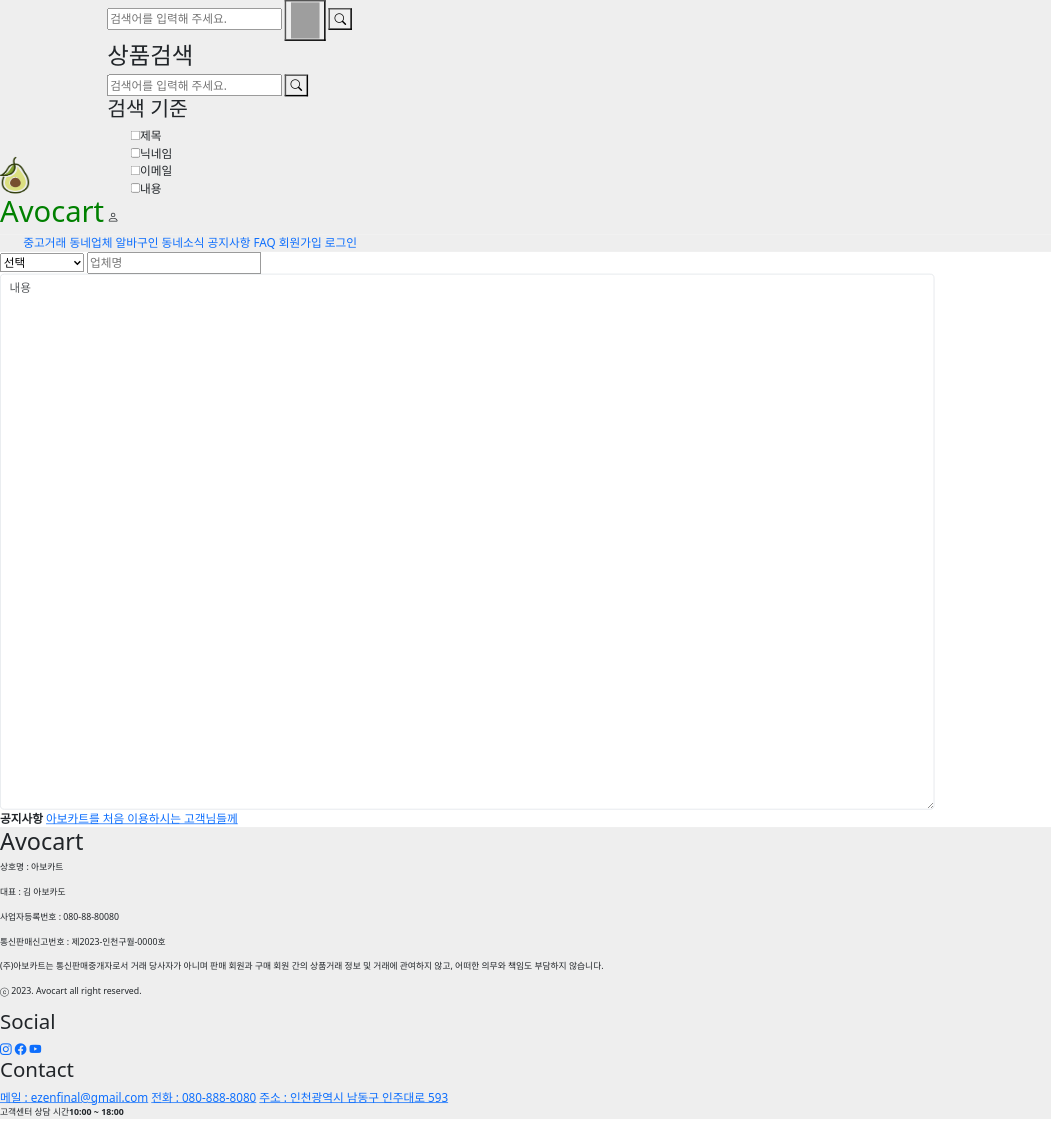
Repository: kimms0311/finalProject
Page: http://localhost/finalProject/WEB-INF/views/store/register.jsp
An editor plug-in stored every save of this project. The page is shown before and after the next save, followed by the edit.
The browser window is 1280 px wide. The page is 1440 px wide, so the pictures cover 1440 px, including what lies to the right of the window. The pictures show the whole page, at 73% of full size.
Pictures or frames that could not be fetched are drawn as grey boxes. The page is served by Tomcat 9. Nobody is signed in. Other server files are loaded and not shown. The template is opened directly, without the code that normally fills it, so the values that code supplies are empty.

Above is the page before, as saved 2023-11-15 12:19:35.

### finalProject/src/main/webapp/WEB-INF/views/store/register.jsp
<%@ page language="java" contentType="text/html; charset=UTF-8"
    pageEncoding="UTF-8"%>
<!DOCTYPE html>
<html>
<head>
<meta charset="UTF-8">
<title>Store Register</title>
<link rel="stylesheet" href="../resources/css/page.css">
</head>
<body>
<jsp:include page="../common/header.jsp" />
<form action="/store/register" method="post" enctype="multipart/form-data">
<input type="hidden" name="proCategory" value="store">
<select name="menu">
	<option disabled="disabled" selected="selected">선택</option>
	<option value="lesson">과외/클래스</option>
	<option value="pet">반려동물</option>
	<option value="hospital">병원/약국</option>
	<option value="beauty">뷰티샵</option>
	<option value="laundry">세탁소</option>
	<option value="repair">수리</option>
	<option value="sport">운동</option>
	<option value="baby">육아</option>
	<option value="eatery">음식점</option>
	<option value="move">이사/용달</option>
	<option value="interior">인테리어 시공</option>
	<option value="clean">청소</option>
	<option value="hobby">취미</option>
	<option value="cafe">카페/디저트</option>
</select>
<input type="text" name="title" id ="t" placeholder="업체명">
<textarea placeholder="내용" class="form-control" name="content" id="c" rows="30"></textarea>

</form>
<script type="text/javascript">
</script>
<jsp:include page="../common/footer.jsp" />
</body>
</html>

### finalProject/src/main/webapp/WEB-INF/views/common/header.jsp
<%@ page language="java" contentType="text/html; charset=UTF-8"
    pageEncoding="UTF-8"%>
<%@ taglib uri="http://java.sun.com/jsp/jstl/core" prefix="c"%>
<%@ taglib uri="http://www.springframework.org/security/tags" prefix="sec" %>
<!DOCTYPE html>
<html>
<head>
<meta charset="UTF-8">
<title>Insert title here</title>
<link rel="stylesheet" href="../resources/css/page.css">
<link href="https://cdn.jsdelivr.net/npm/bootstrap@5.3.1/dist/css/bootstrap.min.css" rel="stylesheet" integrity="sha384-4bw+/aepP/YC94hEpVNVgiZdgIC5+VKNBQNGCHeKRQN+PtmoHDEXuppvnDJzQIu9" crossorigin="anonymous">
<script src="https://cdn.jsdelivr.net/npm/bootstrap@5.3.1/dist/js/bootstrap.bundle.min.js" integrity="sha384-HwwvtgBNo3bZJJLYd8oVXjrBZt8cqVSpeBNS5n7C8IVInixGAoxmnlMuBnhbgrkm" crossorigin="anonymous"></script>
<link rel="stylesheet" href="https://cdn.jsdelivr.net/npm/bootstrap-icons@1.10.5/font/bootstrap-icons.css">
</head>
<body>

<div class="headerContainer">
   <header>
      <div class="logoSec">
         <img alt="logo" src="../resources/image/avocartLogo.png">
         <h1><a href="/">Avocart</a></h1>
      </div>
      <div class="searchSec">
         <form action="/common/search" method="post">
            <input type="search" id="searchInput" placeholder="검색어를 입력해 주세요.">
            <button type="button"><img width="24" height="24" src="https://img.icons8.com/plumpy/24/macos-close.png" alt="macos-close"/></button>
            <button type="button" class="openMenu">
               <i class="bi bi-search"></i>
            </button>
            <div class="searchMenu off">
               <h2>상품검색</h2>
               <input type="search" id="keyword" name="keyword" placeholder="검색어를 입력해 주세요.">
               <button type="submit">
                  <i class="bi bi-search"></i>
               </button>
               <h3>검색 기준</h3>
               <ul>
                  <li><input type="checkbox" name="srcCondit" id="ck_title" value="title"><label for="ck_title">제목</label></li>
                  <li><input type="checkbox" name="srcCondit" id="ck_nickname" value="nickname"><label for="ck_nickname">닉네임</label></li>
                  <li><input type="checkbox" name="srcCondit" id="ck_email" value="email"><label for="ck_email">이메일</label></li>
                  <li><input type="checkbox" name="srcCondit" id="ck_content" value="content"><label for="ck_content">내용</label></li>
               </ul>
               <!-- <h3>게시판 선택</h3>
               <ul>
                  <li><input type="checkbox" name="srcCondit" id="title" value="title"><label for="title">제목</label></li>
                  <li><input type="checkbox" name="srcCondit" id="nickname" value="nickname"><label for="nickname">닉네임</label></li>
                  <li><input type="checkbox" name="srcCondit" id="email" value="email"><label for="email">이메일</label></li>
                  <li><input type="checkbox" name="srcCondit" id="content" value="content"><label for="content">내용</label></li>
               </ul> -->
               <!-- <button type="button" id="checkCondit">확인</button> -->
            </div>
         </form>
         <i id="my" class="bi bi-person"></i>
         <!-- 로그인 후 오픈되어야 할 메뉴 -->
         <sec:authorize access="isAuthenticated()">
           <sec:authentication property="principal.mvo.memEmail" var="authEmail" />
            <div id="myMenu" class="off">
               <ul>
                  <li><a href="/hmember/detail?memEmail=${authEmail }">마이페이지</a></li>
                  <li><a href="#" id="logoutLink">로그아웃</a></li>
                  <form action="/member/logout" method="post" id="logoutForm">
                       <input type="hidden" name="memEmail" value="${authEmail }">
                  </form>
               </ul>
            </div>
         </sec:authorize>
      </div>
   </header>
   <nav>
      <ul>
         <li><a href="/joongo/list">중고거래</a></li>
         <li><a href="/store/list">동네업체</a></li>
         <li><a href="/job/list">알바구인</a></li>
         <li><a href="/community/list">동네소식</a></li>
         <li><a href="#">공지사항</a></li>
         <li><a href="#">FAQ</a></li>

           <!-- 로그인 전 오픈되어야 할 메뉴 -->
         <sec:authorize access="isAnonymous()">
            <li><a href="/member/register">회원가입</a></li>
            <li><a href="/member/login">로그인</a></li>
         </sec:authorize>
      </ul>
   </nav>
</div>

<script type="text/javascript" src="/resources/js/header.js"></script>
</body>
</html>

### finalProject/src/main/webapp/WEB-INF/views/common/footer.jsp
<%@ page language="java" contentType="text/html; charset=UTF-8"
    pageEncoding="UTF-8"%>
<!DOCTYPE html>
<html>
<head>
<meta charset="UTF-8">
<title>Insert title here</title>
</head>
<body>
<footer>
	<section class="infoSec">
		<div>
			<b>공지사항</b>
			<a href="#">아보카트를 처음 이용하시는 고객님들께</a>
		</div>
	</section>
	<div class="footerContainer">
		<div class="mainSec">
			<h2>Avocart</h2>
			<p>상호명 : 아보카트</p>
			<p>대표 : 김 아보카도</p>
			<p>사업자등록번호 : 080-88-80080</p>
			<p>통신판매신고번호 : 제2023-인천구월-0000호</p>
			<p>(주)아보카트는 통신판매중개자로서 거래 당사자가 아니며 판매 회원과 구매 회원 간의 상품거래 정보 및 거래에 관여하지 않고, 어떠한 의무와 책임도 부담하지 않습니다.</p>
			<p>ⓒ 2023. Avocart all right reserved.</p>
		</div>
		<div class="socialSec">
			<h3>Social</h3>
			<a href="#"><i class="bi bi-instagram"></i></a>
			<a href="#"><i class="bi bi-facebook"></i></a>
			<a href="#"><i class="bi bi-youtube"></i></a>
		</div>
		<div class="contactSec">
			<h3>Contact</h3>
			<a href="mailto:ezenFinal@gmail.com">메일 : ezenfinal@gmail.com</a>
			<a href="tel:080-888-8080">전화 : 080-888-8080</a>
			<a href="https://kko.to/k2pByw0PdA" target="_blank">주소 : 인천광역시 남동구 인주대로 593</a>
			<p>고객센터 상담 시간<b>10:00 ~ 18:00</b></p>
		</div>
	</div>
</footer>
</body>
</html>

### finalProject/src/main/webapp/resources/css/page.css
@import url("reset.css");
@import url("global.css");

### finalProject/src/main/webapp/resources/css/global.css
.headerContainer{
}
header{
	width: 1440px;
	margin: 0 auto;
	background-color: #eeeeee;
}
header>*{
	display: inline-block;
}
header img{
	width: 40px;
	height: 50px;
}
header h1 a{
	text-decoration: none;
	color: green;
}
nav{
	width: 1440px;
	margin: 0 auto;
	background-color: #eeeeee;

}
nav ul{
	display: inline;
}
nav ul li{
	display: inline-block;
}
nav ul li a{
	text-decoration: none;

}


.bodyContainer{
	margin: 0 auto;
	width: 1440px;
}

footer .footerContainer{
	margin: 0 auto;
	width: 1440px;
	background-color: #eeeeee;

}

footer{
}
footer p{
	display: block;
	font-size: 12px;
}

Loaded but not shown: finalProject/src/main/webapp/resources/css/reset.css (common file); finalProject/src/main/webapp/resources/js/header.js (no copy from this time; the picture is the same without it)

After the next save:
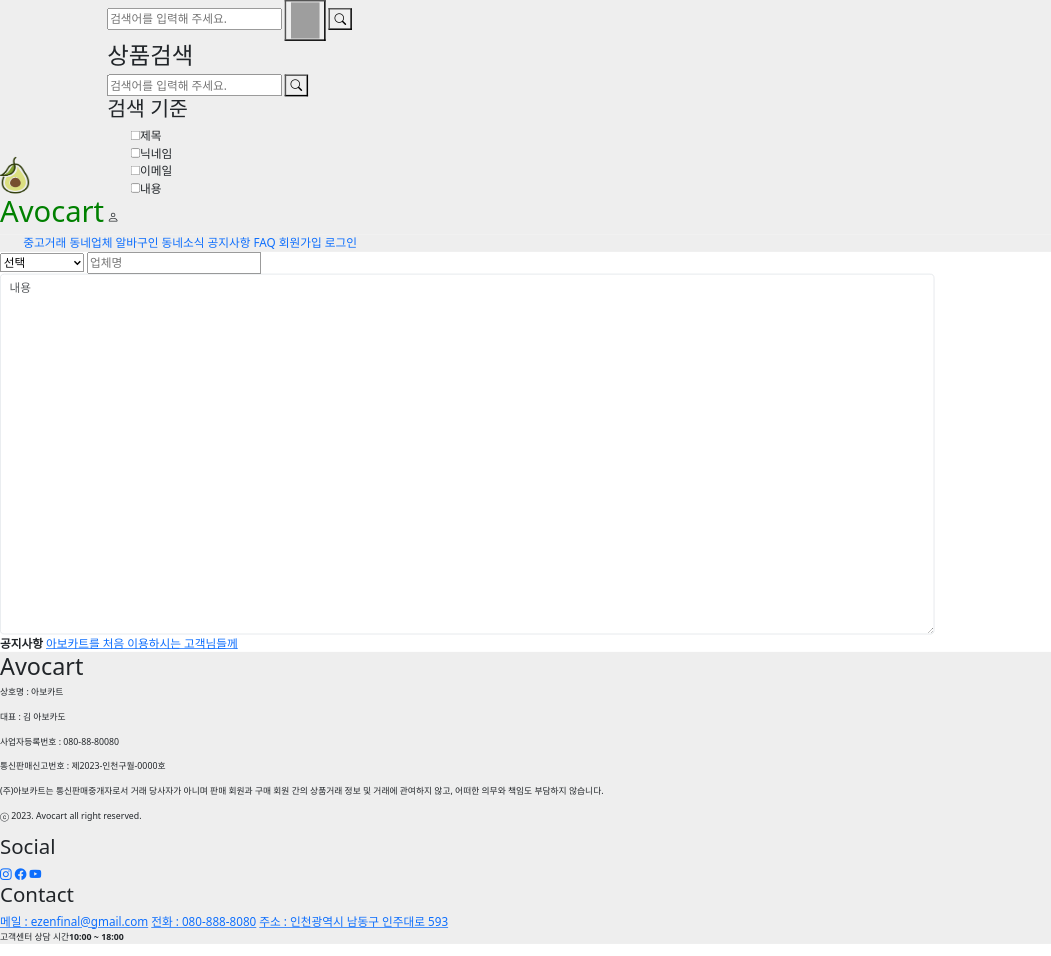
Saved 37 s later.
--- a/finalProject/src/main/webapp/WEB-INF/views/store/register.jsp
+++ b/finalProject/src/main/webapp/WEB-INF/views/store/register.jsp
@@ -29,7 +29,7 @@
 	<option value="cafe">카페/디저트</option>
 </select>
 <input type="text" name="title" id ="t" placeholder="업체명">
-<textarea placeholder="내용" class="form-control" name="content" id="c" rows="30"></textarea>
+<textarea placeholder="내용" class="form-control" name="content" id="c" rows="20"></textarea>
 
 </form>
 <script type="text/javascript">
